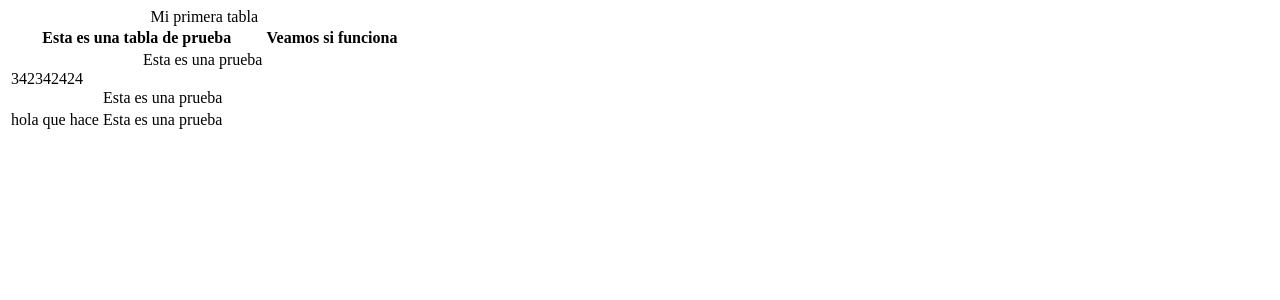
Repository: cesarsant0203/My_Study
Page: Introducción al desarrollo web/tablas.html
An editor plug-in stored every save of this project. The page is shown before and after the next save, followed by the edit.
The browser window is 1280 px wide. The pictures show the whole page.

Above is the page before, as saved 2020-04-27 12:37:27.

### Introducción al desarrollo web/tablas.html
<html>

<head>
    <meta charset="utf-8" />
    <title>
        Prueba de tabla
    </title>
</head>

<body>
    <table>
        <caption>Mi primera tabla</caption>
        <thead>
            <tr>
                <th colspan="2">Esta es una tabla de prueba</th>
                <th>Veamos si funciona</th>
            </tr>
        </thead>
        <tbody>
            <tr>
                <td rowspan="2">342342424</td>
                <td>
                    <ul>Esta es una prueba</ul>
                </td>
            </tr>
            <tr>
                <!-- <td>hola que hace</td> -->
                <td>Esta es una prueba</td>
            </tr>
            <tr>
                <td> hola que hace</td>
                <td>Esta es una prueba</td>
            </tr>
        </tbody>
    </table>
</body>

</html>

After the next save:
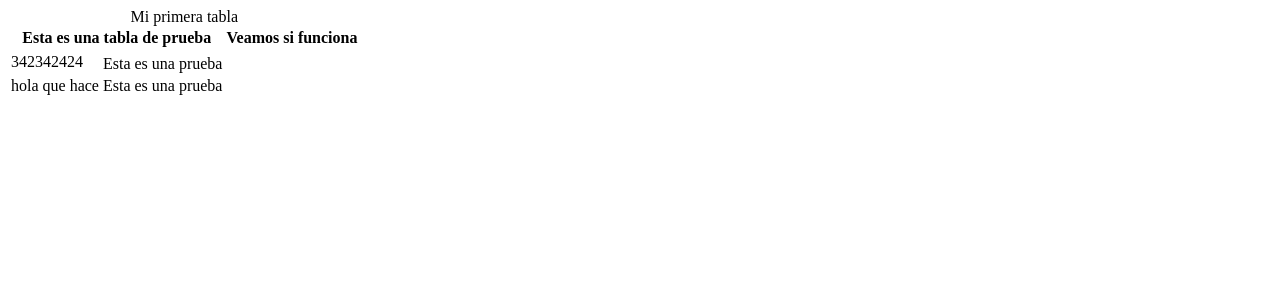
Saved 26 s later.
--- a/Introducción al desarrollo web/tablas.html
+++ b/Introducción al desarrollo web/tablas.html
@@ -20,7 +20,7 @@
             <tr>
                 <td rowspan="2">342342424</td>
                 <td>
-                    <ul>Esta es una prueba</ul>
+
                 </td>
             </tr>
             <tr>
